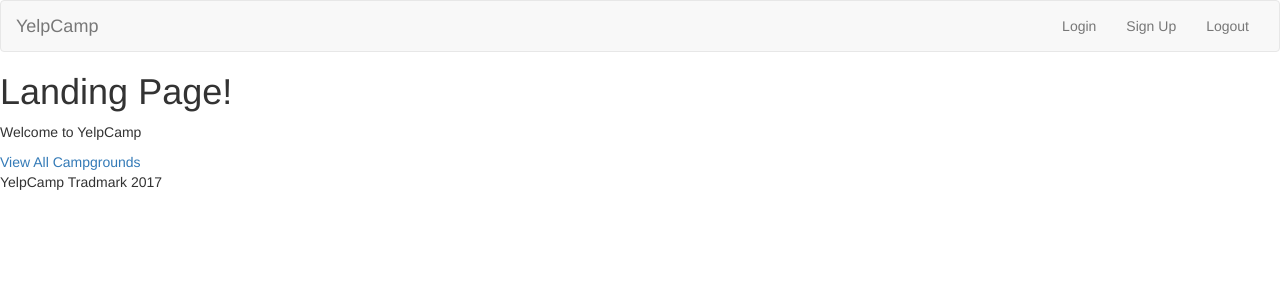
Repository: pruzic/webdevbootcamp
Page: http://localhost/
The author's editor kept a record of every edit. The page is drawn from the files as they stood at one moment, then again after the next edit.
The browser window is 1280 px wide. The pictures show the whole page.
The page is served by the project's Node server (YelpCamp/v1/app.js).

Above is the page before.

After the next edit:
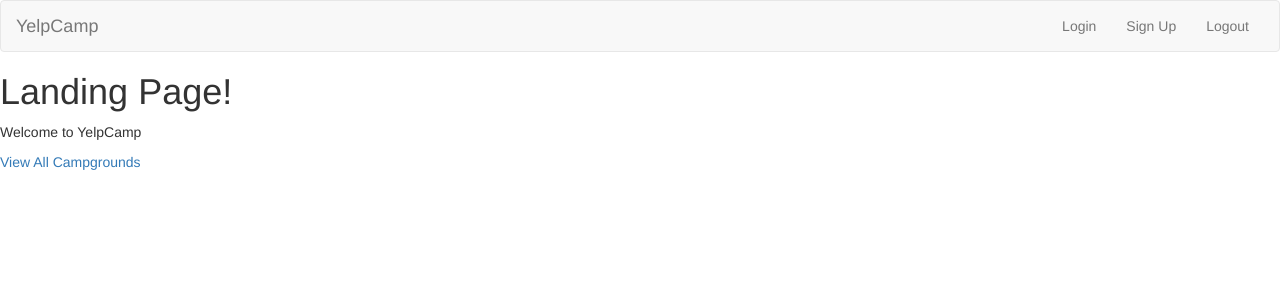
The edit:
--- a/workspace/YelpCamp/v1/views/partials/footer.ejs
+++ b/workspace/YelpCamp/v1/views/partials/footer.ejs
@@ -1,5 +1,3 @@
-
-<p>YelpCamp Tradmark 2017</p>
 
     </body>
 </html>
